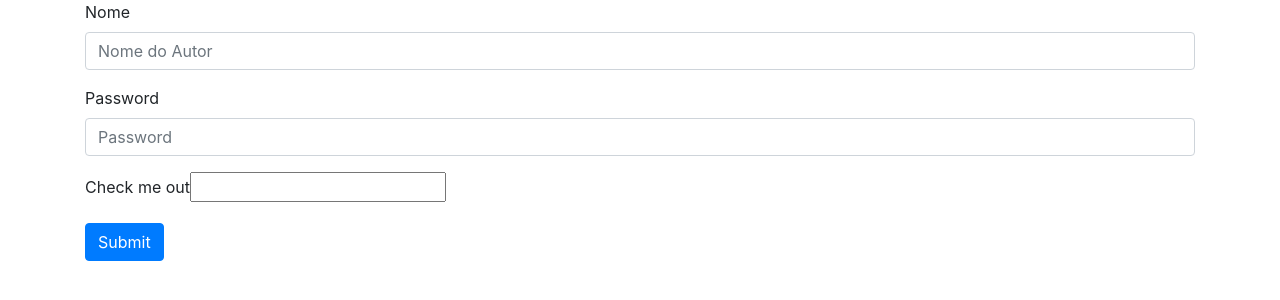
Repository: wellersonfc/simple-crud-react
Page: /
These files come from the project's save history. The page is drawn as it stood at one moment and after a run of saves; the edit follows.
The browser window is 1280 px wide. The pictures show the whole page.
The project was rebuilt for these pictures with package versions that can differ from the ones it lists, and the page was loaded fresh each time.

Above is the page before, as saved 2019-09-22 15:25:16.

After the next 2 saves:
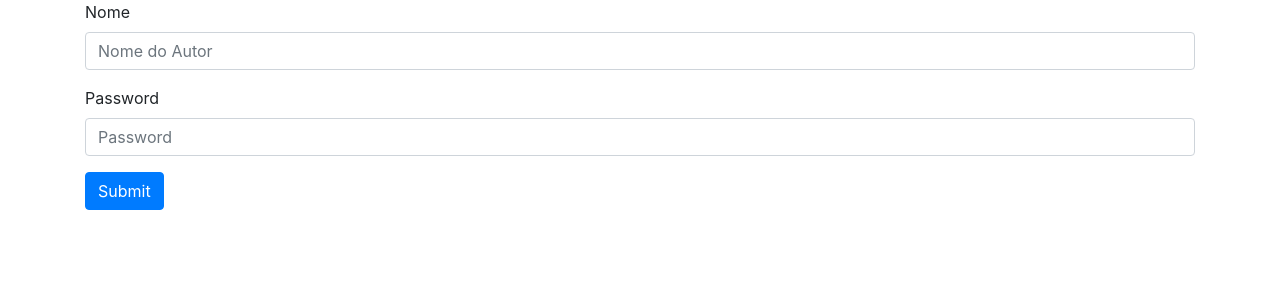
The 2 saves are shown as one change because 1 did not build or start.
The last was saved 23 s later.
--- a/src/App.js
+++ b/src/App.js
@@ -15,10 +15,6 @@ function App() {
               <label for="exampleInputPassword1">Password</label>
               <input type="password" class="form-control" id="exampleInputPassword1" placeholder="Password"/>
             </div>
-            <div class="form-group">
-              <label for="exampleInputEmail1">Check me out</label>
-              <input id="email" type="email" name="email" value=""  />
-            </div>
             <button type="submit" class="btn btn-primary">Submit</button>
         </form>
         </div>
